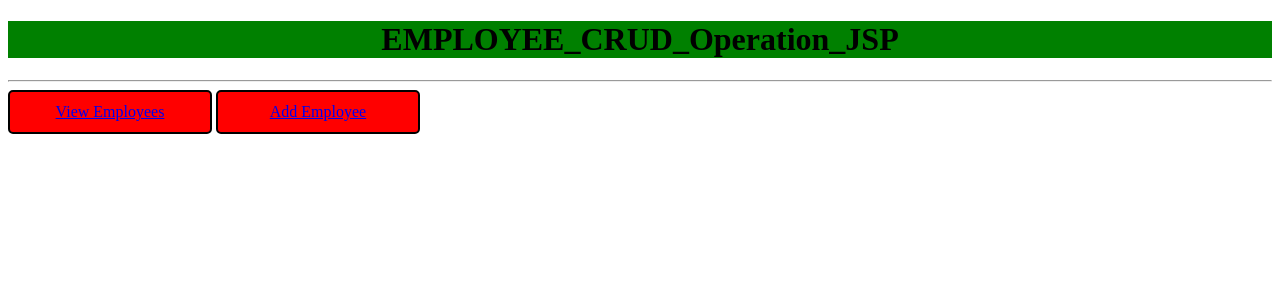
Repository: HarshZanwar2001/CRUD_Oprations_JAVA_JSP_MYSQL
Page: http://localhost/JSP_CRUD_Operation/
An editor plug-in stored every save of this project. The page is shown before and after the next save, followed by the edit.
The browser window is 1280 px wide. The pictures show the whole page.
The page is served by Tomcat 9. Other server files are loaded and not shown.

Above is the page before, as saved 2024-12-01 06:13:58.

### JSP_CRUD_Operation/src/main/webapp/index.jsp
<%@ page language="java" contentType="text/html; charset=ISO-8859-1"
    pageEncoding="ISO-8859-1"%>
<!DOCTYPE html PUBLIC "-//W3C//DTD HTML 4.01 Transitional//EN" "http://www.w3.org/TR/html4/loose.dtd">
<html>
<head>
<meta http-equiv="Content-Type" content="text/html; charset=ISO-8859-1">
<title>CRUD</title>

<style type="text/css">

 #heading{
 background-color: green;
 text-align: center;
 }

 #btnhome{
 background-color: red;
 border: 2px solid black;
 border-radius: 5px;
 text-align: center;
 display: inline-block;
 align-content: center;
 width: 200px;
 height: 40px;
 text-align: center;
 }

</style>
</head>
<body>
<!-- CRUD(Create Read Update Delete) -->
<div id="heading">
<h1>EMPLOYEE_CRUD_Operation_JSP</h1>
</div>
<hr>
<div id="btnhome">
<a href="viewEmployees.jsp">View Employees</a>
</div>
<div id="btnhome">
<a href="addEmployee.jsp">Add Employee</a>
</div>

</body>
</html>

After the next save:
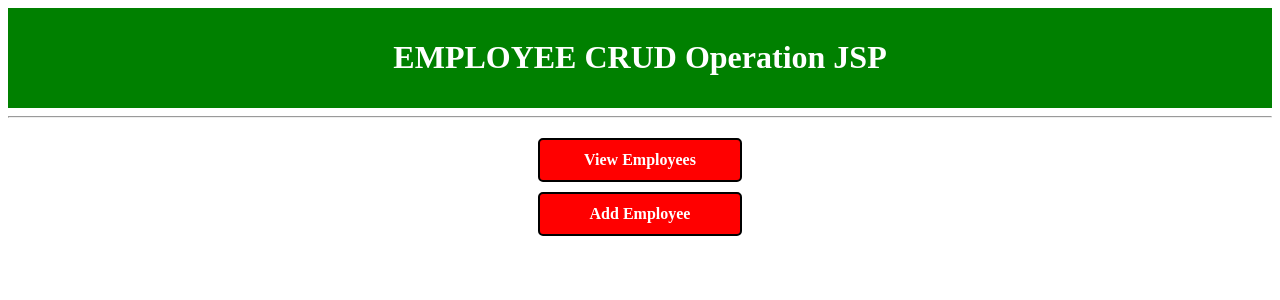
Saved 5 min 27 s later.
--- a/JSP_CRUD_Operation/src/main/webapp/index.jsp
+++ b/JSP_CRUD_Operation/src/main/webapp/index.jsp
@@ -7,38 +7,58 @@
 <title>CRUD</title>
 
 <style type="text/css">
+    #heading {
+        background-color: green;
+        text-align: center;
+        color: white;
+        padding: 10px;
+    }
 
- #heading{
- background-color: green;
- text-align: center;
- }
+    .button-container {
+        display: flex;
+        flex-direction: column;
+        align-items: center;
+        margin-top: 20px;
+        gap: 10px; /* Space between buttons */
+    }
 
- #btnhome{
- background-color: red;
- border: 2px solid black;
- border-radius: 5px;
- text-align: center;
- display: inline-block;
- align-content: center;
- width: 200px;
- height: 40px;
- text-align: center;
- }
+    #btnhome {
+        background-color: red;
+        border: 2px solid black;
+        border-radius: 5px;
+        text-align: center;
+        display: inline-block;
+        align-content: center;
+        width: 200px;
+        height: 40px;
+        line-height: 40px; /* Vertically center text inside the button */
+    }
 
+    #btnhome a {
+        color: white;
+        text-decoration: none;
+        font-weight: bold;
+        font-size: 16px;
+    }
+
+    #btnhome a:hover {
+        color: yellow;
+    }
 </style>
 </head>
 <body>
 <!-- CRUD(Create Read Update Delete) -->
 <div id="heading">
-<h1>EMPLOYEE_CRUD_Operation_JSP</h1>
+    <h1>EMPLOYEE CRUD Operation JSP</h1>
 </div>
 <hr>
-<div id="btnhome">
-<a href="viewEmployees.jsp">View Employees</a>
+<div class="button-container">
+    <div id="btnhome">
+        <a href="viewEmployees.jsp">View Employees</a>
+    </div>
+    <div id="btnhome">
+        <a href="addEmployee.jsp">Add Employee</a>
+    </div>
 </div>
-<div id="btnhome">
-<a href="addEmployee.jsp">Add Employee</a>
-</div>
-
 </body>
 </html>
